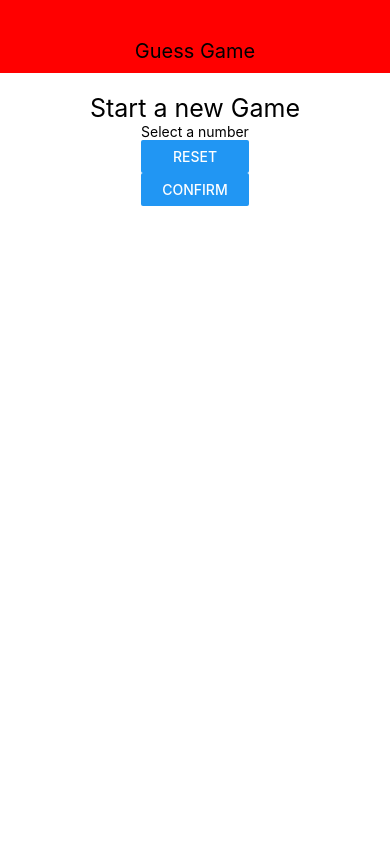
Repository: Celebration-cloud/Guess-number
Screen: /
These files come from the project's save history. The screen is drawn as it stood at one moment and after a run of saves; the edit follows.
The app was drawn by React Native's web renderer in a window 390 px wide. The project was rebuilt for these pictures with package versions that can differ from the ones it lists, and the page was loaded fresh each time.

Above is the screen before, as saved 2024-06-10 13:47:57.

After the next 8 saves:
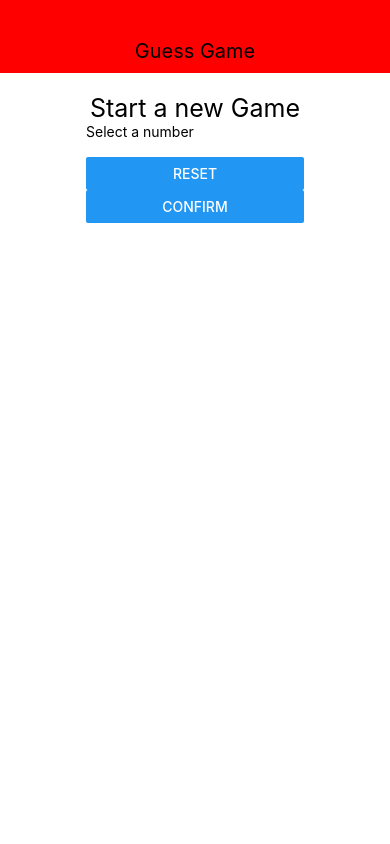
The 8 saves are shown as one change because 1 did not build or start and some came seconds apart.
The last was saved 28 s later.
--- a/components/srceen/StartScreen.jsx
+++ b/components/srceen/StartScreen.jsx
@@ -1,5 +1,5 @@
 import React, { Component } from 'react'
-import { Text, StyleSheet, View, Button } from 'react-native'
+import { Text, StyleSheet, View, Button, TextInput } from 'react-native'
 
 export default function StartScreen() {
     return (
@@ -7,6 +7,7 @@ export default function StartScreen() {
         <Text style={styles.start}> Start a new Game </Text>
         <View>
             <Text>Select a number</Text>
+            <TextInput />
             <View>
                 <Button title='Reset'/>
                 <Button title='Confirm'/>
